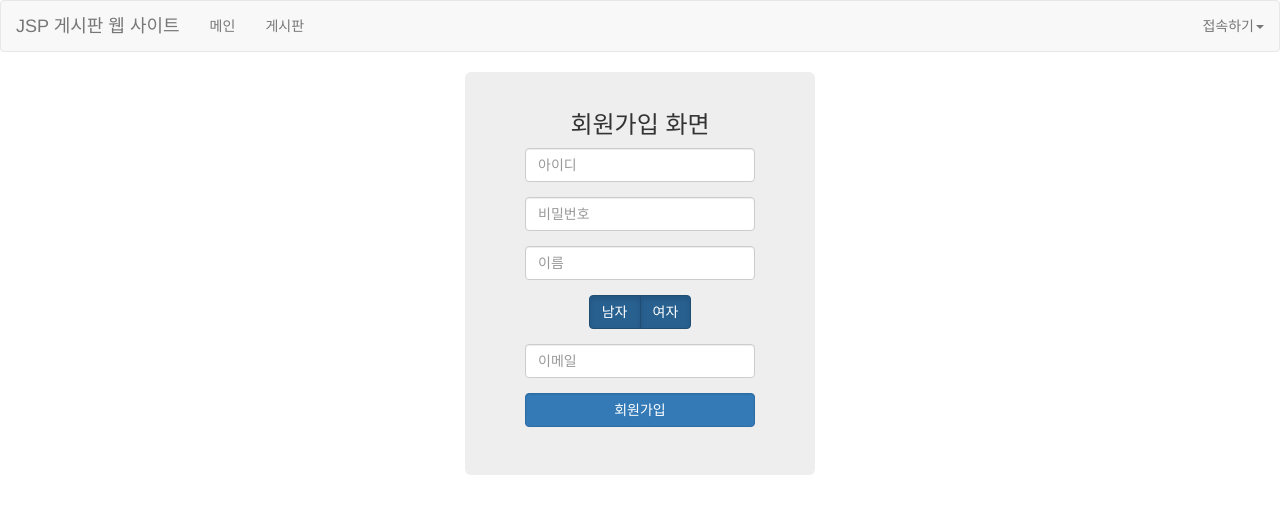
Repository: MinKyeong031/NoticeBoard-JSP-
Page: http://localhost/text/join.jsp
An editor plug-in stored every save of this project. The page is shown before and after the next save, followed by the edit.
The browser window is 1280 px wide. The pictures show the whole page.
Some web libraries are served in a nearby version. The page is served by Tomcat 9. Other server files are loaded and not shown.

Above is the page before, as saved 2020-10-05 00:41:49.

### WS/text/WebContent/join.jsp
<%@ page language="java" contentType="text/html; charset=UTF-8"
	pageEncoding="UTF-8"%>
<!DOCTYPE html>
<html>
<head>
<meta charset="UTF-8">
<meta  name = "viewport" content = "width=device-width" initial-scale = "1"/>
<link rel = "stylesheet" href = "css/bootstrap.css">
<title>JSP 게시판 웹사이트</title>
</head>
<body>
	<nav class="navbar navbar-default">
		<div class="navbar-header">
			<button type="button" class="navbar-toggle collapsed"
				data-toggle="collapse" data-target="#bs-exanple-navbar-collapse-1"
				aria-expanded="false">
				<span class="icon-bar"></span> <span class="icon-bar"></span> <span
					class="icon-bar"></span>
			</button>
			<a href="main.jsp" class="navbar-brand">JSP 게시판 웹 사이트</a>
		</div>
		<div class="collapse navbar-collapse"
			id="bs-exanple-navbar-collapse-1">
			<ul class="nav navbar-nav">
				<li><a href="main.jsp">메인</a></li>
				<li><a href="bbs.jsp">게시판</a></li>
			</ul>
			<ul class="nav navbar-nav navbar-right">
				<li class="dropdown"><a href=".jsp" class="dropdown-toggle"
					data-toggle="dropdown" role="button" aria-haspopup="true"
					aria-expanded="false">접속하기<div class="caret"></div>
				</a></li>
				<ul class="dropdown-menu">
					<li class="active"><a href="login.jsp">로그인</a></li>
					<li><a href="join.jsp">회원가입</a></li>
				</ul>
			</ul>
		</div>
	</nav>
	<div class="container">
		<div class="col-lg-4"></div>
		<div class="col-lg-4">
			<div class = "jumbotron" style = "padding-top : 20px">
				<form action = "joinAction.jsp" method = "post">
					<h3 style = "text-align: center;">회원가입 화면</h3>
					<div class = "form-group">
						<input type = "text" class = "form-control" placeholder = "아이디" name = "userID" maxlength = "20"/>
					</div>
					<div class = "form-group">
						<input type = "password" class = "form-control" placeholder = "비밀번호" name = "userPassword" maxlength = "20"/>
					</div>
					<div class = "form-group">
						<input type = "text" class = "form-control" placeholder = "이름" name = "userName" maxlength = "20"/>
					</div>
					<div class = "form-group" style = "text-align: center;">
						<div class = "btn-group" data-toggle = "buttons">
							<label class = "btn btn-primary active">
								<input type = "radio" name = "userGender" autocomplete = "off" value = "남자">남자
							</label>
							<label class = "btn btn-primary active">
								<input type = "radio" name = "userGender" autocomplete = "off" value = "여자" checked>여자
							</label>
						</div>
					</div>
					<div class = "form-group">
						<input type = "email" class = "form-control" placeholder = "이메일" name = "userEmail" maxlength = "30"/>
					</div>
					<input type = "submit" class = "btn btn-primary form-control" value = "회원가입"/>
				</form>
			</div>
		</div>
	</div>
	<script src = "https://code.jquery.com/jquery-3.1.1.min.js"></script>
	<script src = "js/bootstrap.js"></script>
</body>
</html>

Loaded but not shown: WS/text/WebContent/css/bootstrap.css (library); WS/text/WebContent/js/bootstrap.js (library)

After the next save:
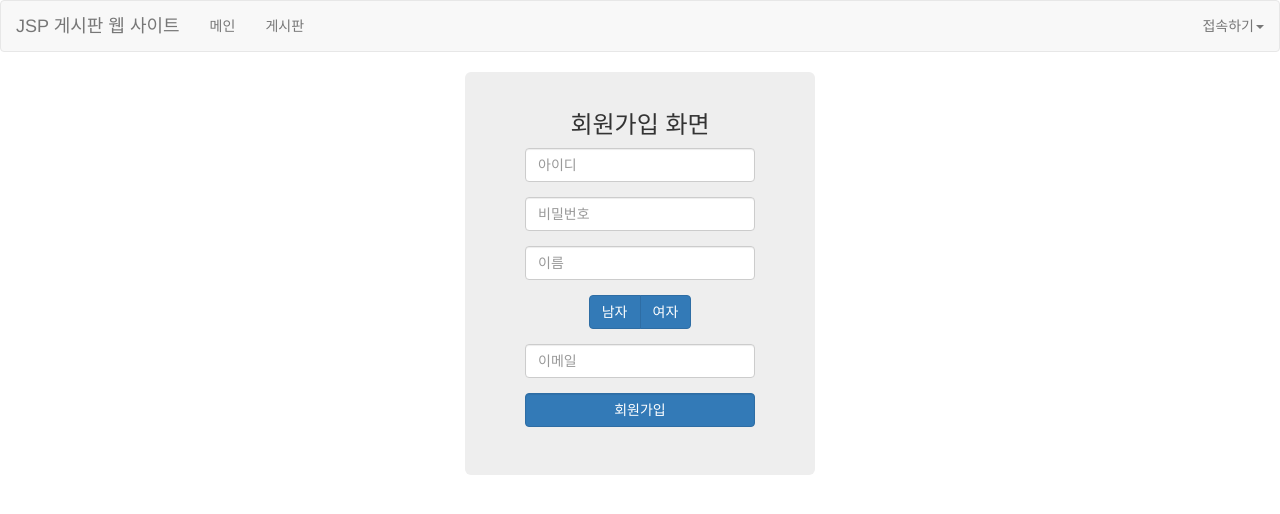
Saved 19 s later.
--- a/WS/text/WebContent/join.jsp
+++ b/WS/text/WebContent/join.jsp
@@ -54,10 +54,10 @@
 					</div>
 					<div class = "form-group" style = "text-align: center;">
 						<div class = "btn-group" data-toggle = "buttons">
-							<label class = "btn btn-primary active">
+							<label class = "btn btn-primary">
 								<input type = "radio" name = "userGender" autocomplete = "off" value = "남자">남자
 							</label>
-							<label class = "btn btn-primary active">
+							<label class = "btn btn-primary">
 								<input type = "radio" name = "userGender" autocomplete = "off" value = "여자" checked>여자
 							</label>
 						</div>
